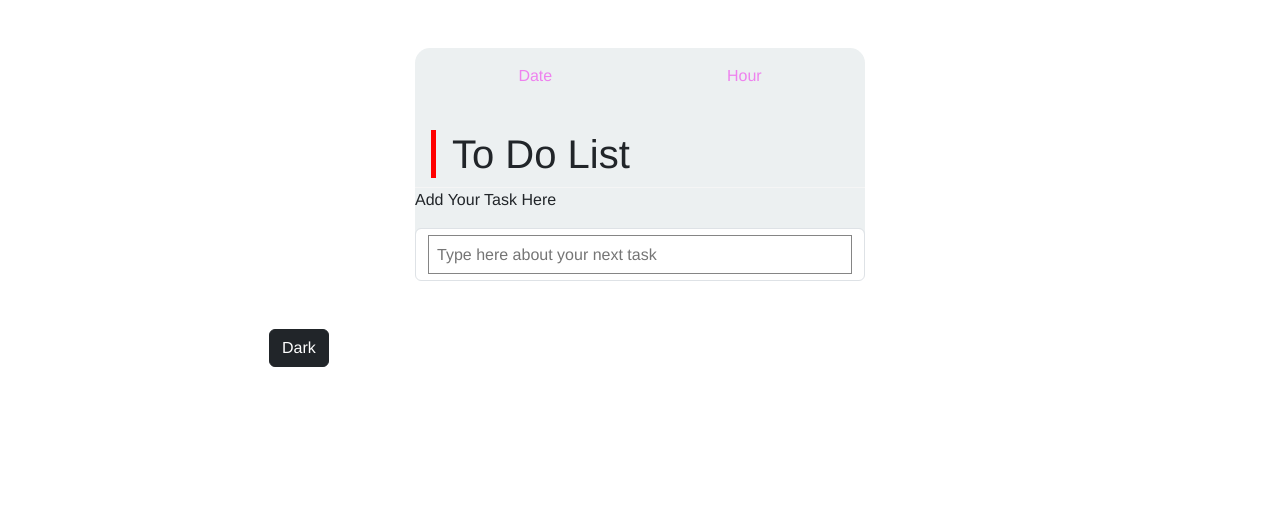
Repository: Passionblaz/TODO
Page: TODO/Untitled-1.html
These files come from the project's save history. The page is drawn as it stood at one moment and after the next save; the edit follows.
The browser window is 1280 px wide. The pictures show the whole page.

Above is the page before, as saved 2023-07-14 12:44:31.

After the next save:
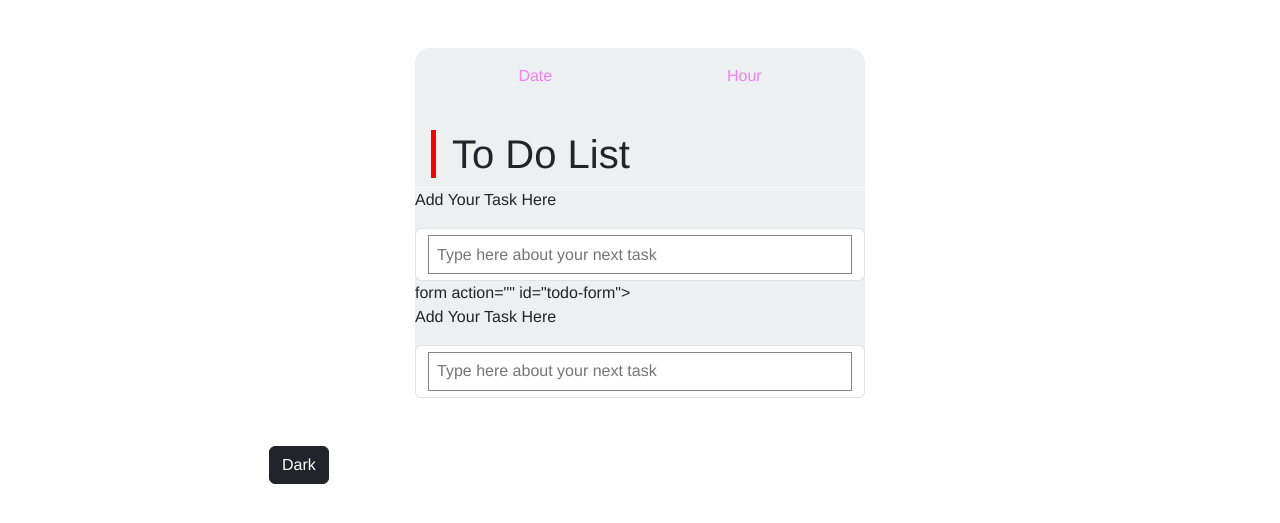
Saved 6 min 38 s later.
--- a/TODO/Untitled-1.html
+++ b/TODO/Untitled-1.html
@@ -28,7 +28,14 @@
 
 </form>
 
+form action="" id="todo-form">
+  <p>Add Your Task Here</p>
+<div class="form-control">
+<input type="text" id="todo-input" placeholder="Type here about your next task">
 
+</div>
+
+</form>
 
 </div>
 
